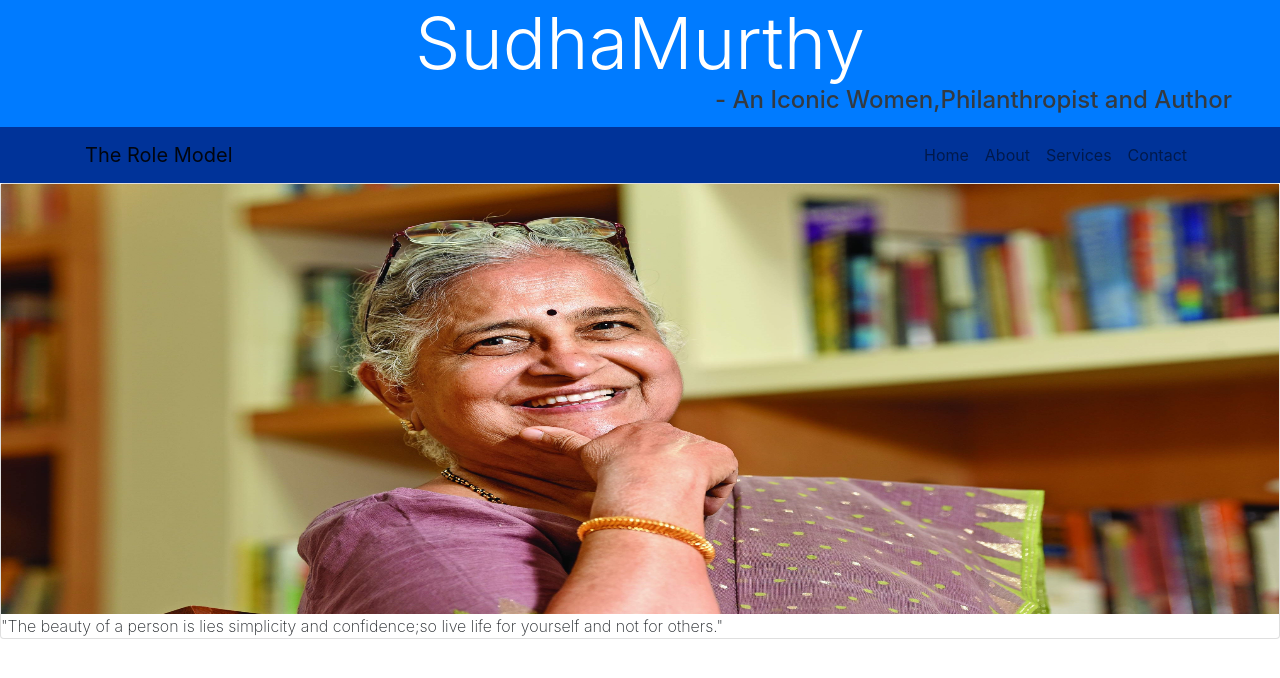
Repository: sumanthr18/RoleModel
Page: index.html
An editor plug-in stored every save of this project. The page is shown before and after the next save, followed by the edit.
The browser window is 1280 px wide. The pictures show the whole page.

Above is the page before, as saved 2020-03-14 17:08:24.

### index.html
<!DOCTYPE html>
<html lang="en">
<head>
    <meta charset="UTF-8">
    <meta name="viewport" content="width=device-width, initial-scale=1.0">
    <title>SudhaMurthy</title>
    <link rel="stylesheet" href="https://stackpath.bootstrapcdn.com/bootstrap/4.4.1/css/bootstrap.min.css" integrity="sha384-Vkoo8x4CGsO3+Hhxv8T/Q5PaXtkKtu6ug5TOeNV6gBiFeWPGFN9MuhOf23Q9Ifjh" crossorigin="anonymous">
</head>
<body>
    <header class="bg-primary pb-1">
        <h1 class="display-3 text-center my-0 text-white ">SudhaMurthy</h1>
        <h4 class="text-right mr-5 text-dark">- An Iconic Women,Philanthropist and Author</h4>
    </header>
    <nav style="background-color: #003399;" class="navbar navbar-expand-sm navbar-light mb-0">
        <div class="container">
            <a class="navbar-brand " href="#">The Role Model</a>
            <button class="navbar-toggler" data-toggle="collapse" data-target="#navbarNav">
                <span class="navbar-toggler-icon"></span>
            </button>
            <div class="collapse navbar-collapse" id="navbarNav">
                <ul class="navbar-nav ml-auto">
                    <li class="nav-item">
                        <a class="nav-link" href="#">Home</a>
                    </li>
                    <li class="nav-item">
                        <a class="nav-link" href="#">About</a>
                    </li>
                    <li class="nav-item">
                        <a class="nav-link" href="#">Services</a>
                    </li>
                    <li class="nav-item">
                        <a class="nav-link" href="#">Contact</a>
                    </li>
                </ul>
            </div>
        </div>
    </nav>
    <div class="card">
        <img class="" style="width:100%;height:430px" src="Sudha_Murty_1-update.jpg">
        <div style="font-weight: 200;">"The beauty of a person is lies simplicity and confidence;so live life for yourself and not for others."</div>
    </div>
</body>
</html>

After the next save:
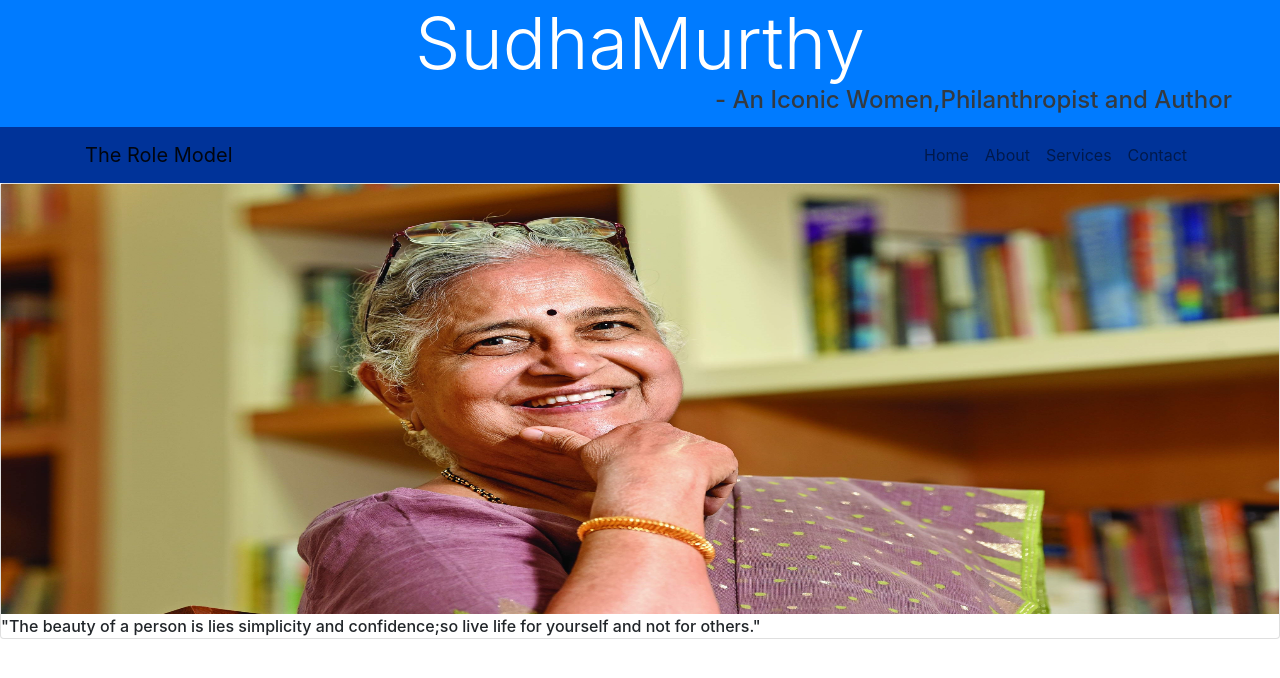
Saved 7 s later.
--- a/index.html
+++ b/index.html
@@ -37,7 +37,7 @@
     </nav>
     <div class="card">
         <img class="" style="width:100%;height:430px" src="Sudha_Murty_1-update.jpg">
-        <div style="font-weight: 200;">"The beauty of a person is lies simplicity and confidence;so live life for yourself and not for others."</div>
+        <div style="font-weight: 500;">"The beauty of a person is lies simplicity and confidence;so live life for yourself and not for others."</div>
     </div>
 </body>
 </html>
